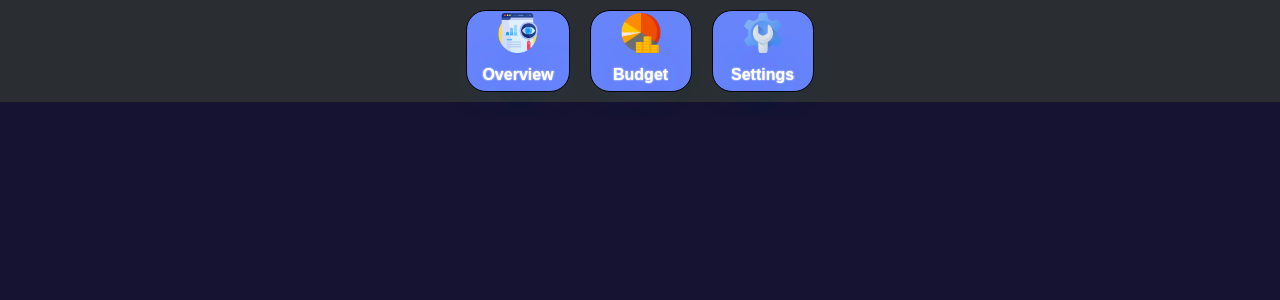
Repository: Minkeani/Money-Manager
Page: /
The author's editor kept a copy of each file at every save. The page is drawn from the files as they stood at one save, then again after the next save.
The browser window is 1280 px wide. The pictures show the whole page.
The project was rebuilt for these pictures with package versions that can differ from the ones it lists, and the page was loaded fresh each time.

Above is the page before, as saved 2022-07-12 20:00:57.

After the next save:
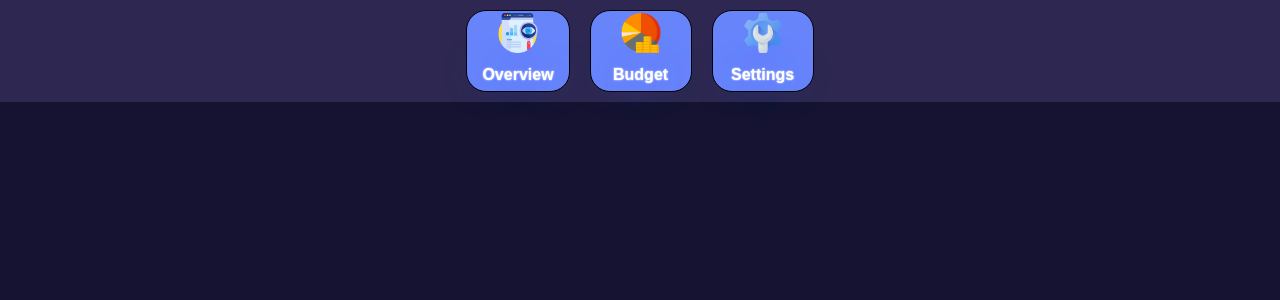
Saved 59 s later.
--- a/src/components/Header/Header.module.css
+++ b/src/components/Header/Header.module.css
@@ -3,7 +3,7 @@
     align-items: center;
     justify-content: center;
     margin-bottom: var(--spacing-large);
-    background-color: #2a2e32;
+    background-color: #2d2751;
     width: 100%;
 
 }
